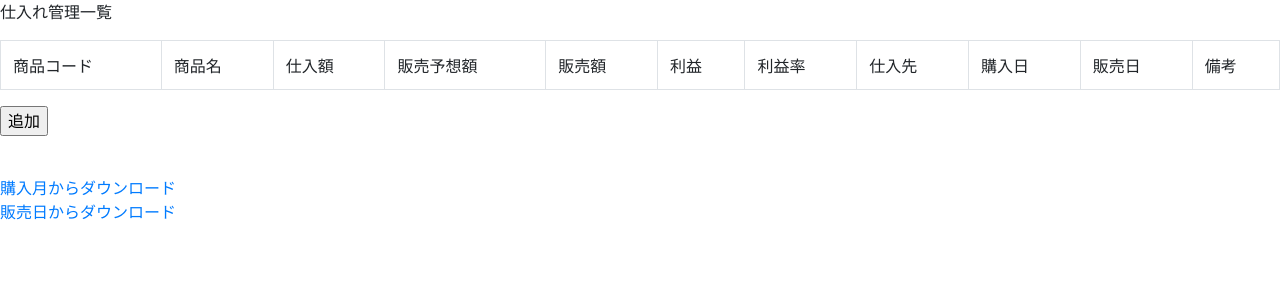
Repository: hayashikazuki/quroud9
Page: http://localhost/hurugi_keisan/product/hurugi_list.php
The author's editor kept a record of every edit. The page is drawn from the files as they stood at one moment, then again after the next edit.
The browser window is 1280 px wide. The pictures show the whole page.
The page is run by PHP 8.4 with error messages shown; the project is at /var/www/html/. Queries for data that is not in the repository find no rows.

Above is the page before.

After the next edit:
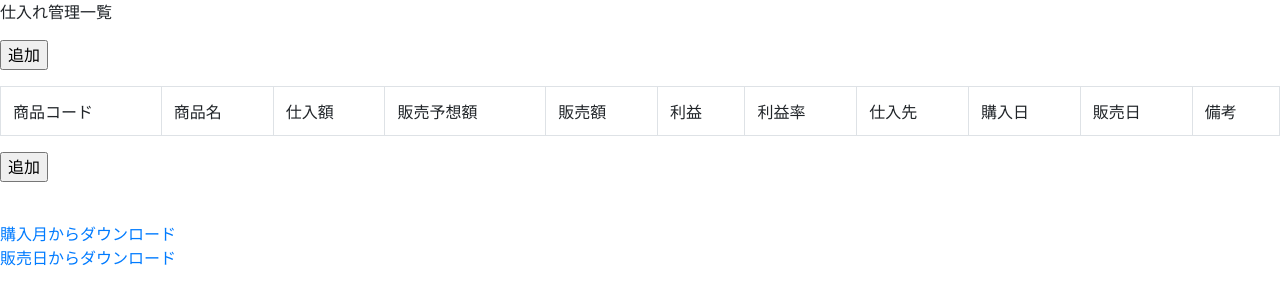
The edit:
--- a/hurugi_keisan/product/hurugi_list.php
+++ b/hurugi_keisan/product/hurugi_list.php
@@ -25,6 +25,9 @@
 
 
     print '<p>仕入れ管理一覧</p>';
+    print '<form method="post" action="hurugi_branch.php">';
+    print'<input type="submit" value="追加" name="add">';
+    print '</form>';
     print '<table class="table table-bordered">';
     print '<tr>';
     print '<td>商品コード</td>';
